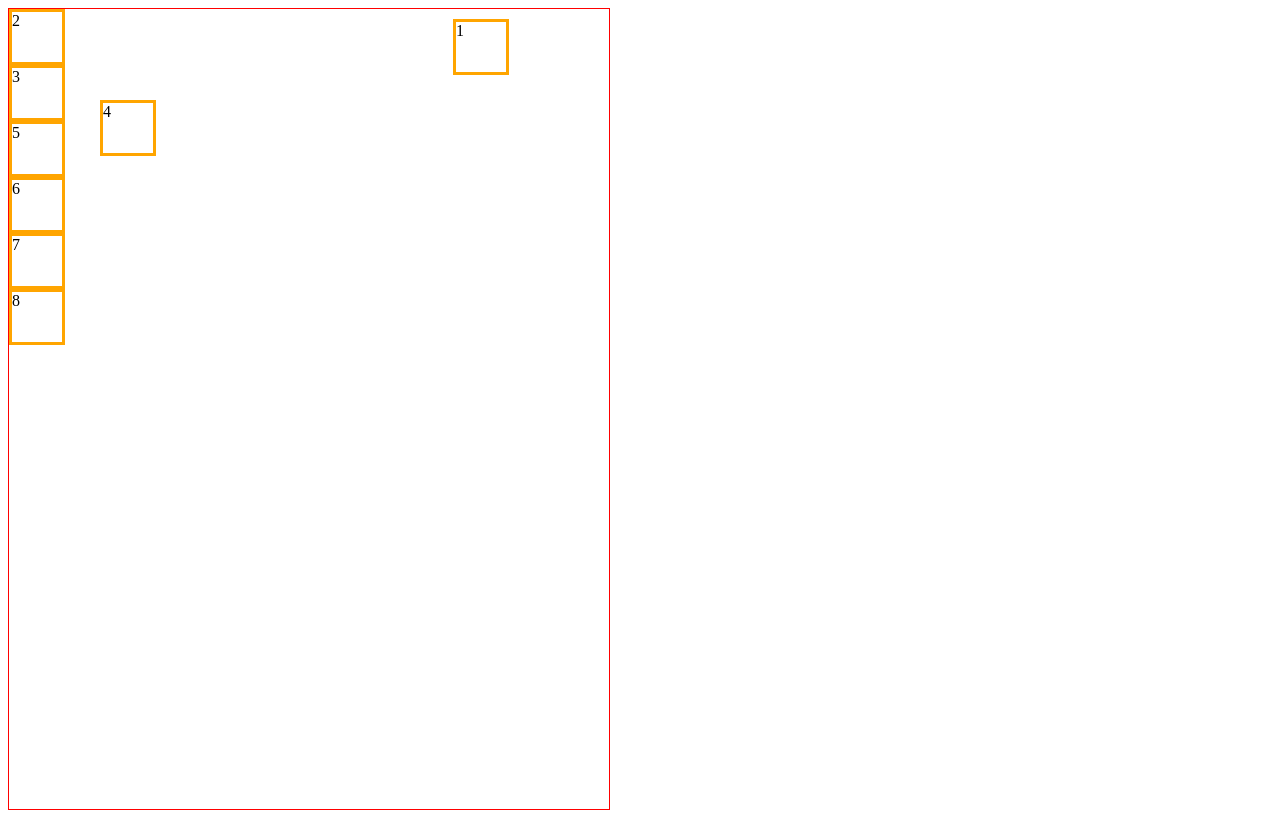
Repository: nanfengovo/CSS
Page: position.html
An editor plug-in stored every save of this project. The page is shown before and after the next save, followed by the edit.
The browser window is 1280 px wide. The pictures show the whole page.

Above is the page before, as saved 2025-01-01 11:30:58.

### position.html
<!DOCTYPE html>
<html lang="en">
<head>
    <meta charset="UTF-8">
    <meta name="viewport" content="width=device-width, initial-scale=1.0">
    <title>position</title>
    <style>
        .container1{
            position: absolute;
            top: 10px;
            right: 100px;
        }
        .container4{
            position: fixed;
            top: 100px;
            left: 100px;

        }
        .container{
            width: 600px;
            height: 800px;
            border: 1px solid red;
            position: relative;
        }
        .item{
            width: 50px;
            height: 50px;
            border: 3px solid orange;
        }
    </style>
</head>
<body>
    <div class="container">
        <div class="item container1">1</div>
        <div class="item container2">2</div>
        <div class="item container3">3</div>
        <div class="item container4">4</div>
        <div class="item container5">5</div>
        <div class="item container6">6</div>
        <div class="item container7">7</div>
        <div class="item container8">8</div>
    </div>
</body>
</html>

After the next save:
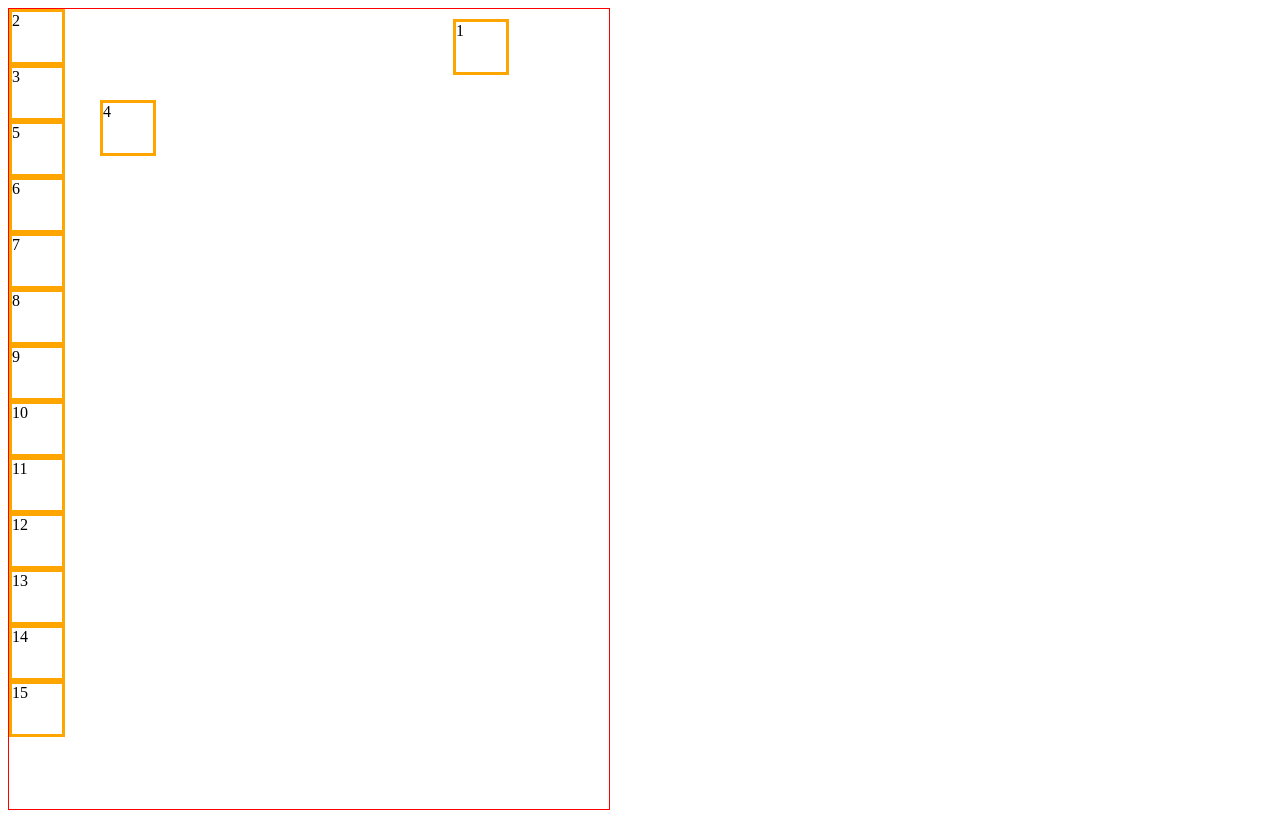
Saved 76 s later.
--- a/position.html
+++ b/position.html
@@ -39,6 +39,13 @@
         <div class="item container6">6</div>
         <div class="item container7">7</div>
         <div class="item container8">8</div>
+        <div class="item container9">9</div>
+        <div class="item container10">10</div>
+        <div class="item container11">11</div>
+        <div class="item container12">12</div>
+        <div class="item container13">13</div>
+        <div class="item container14">14</div>
+        <div class="item container15">15</div>
     </div>
 </body>
 </html>
